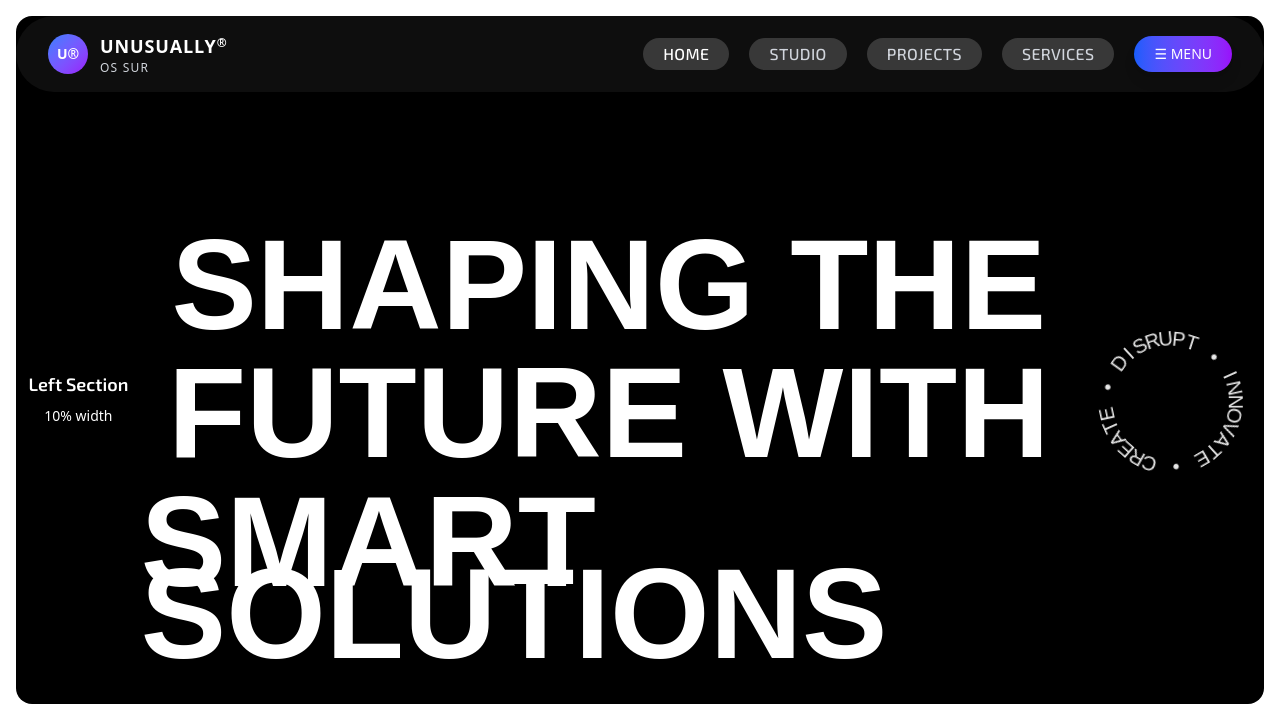
Repository: A-y-u-s-h-29/Digital-Express-India-With-Carrer-Page-And-RazorPay
Page: / (app in op/)
These files come from the project's save history. The page is drawn as it stood at one moment and after a run of saves; the edit follows.
The browser window is 1280 px wide. The pictures show the whole page.
Some web fonts or font styles are not loaded; a fallback is used. The project was rebuilt for these pictures with package versions that can differ from the ones it lists, and the page was loaded fresh each time. Also part of the build but not shown: op/vite.config.js.

Above is the page before, as saved 2025-12-04 15:28:19.

### op/index.html
<!doctype html>
<html lang="en">
  <head>
    <meta charset="UTF-8" />
    <link rel="icon" type="image/svg+xml" href="/vite.svg" />
    <meta name="viewport" content="width=device-width, initial-scale=1.0" />
    <link rel="preconnect" href="https://fonts.googleapis.com">
<link rel="preconnect" href="https://fonts.gstatic.com" crossorigin>
<link href="https://fonts.googleapis.com/css2?family=Alan+Sans:wght@300..900&family=Big+Shoulders:opsz,wght@10..72,100..900&family=Exo+2:ital,wght@0,100..900;1,100..900&family=Montserrat:ital,wght@0,100..900;1,100..900&family=Orbitron:wght@400..900&family=Poppins:ital,wght@0,100;0,200;0,300;0,400;0,500;0,600;0,700;0,800;0,900;1,100;1,200;1,300;1,400;1,500;1,600;1,700;1,800;1,900&family=Rajdhani:wght@300;400;500;600;700&display=swap" rel="stylesheet">
<link rel="preconnect" href="https://fonts.googleapis.com">
<link rel="preconnect" href="https://fonts.gstatic.com" crossorigin>
<link href="https://fonts.googleapis.com/css2?family=Alan+Sans:wght@300..900&family=Big+Shoulders:opsz,wght@10..72,100..900&family=Exo+2:ital,wght@0,100..900;1,100..900&family=Montserrat:ital,wght@0,100..900;1,100..900&family=Orbitron:wght@400..900&family=Poppins:ital,wght@0,100;0,200;0,300;0,400;0,500;0,600;0,700;0,800;0,900;1,100;1,200;1,300;1,400;1,500;1,600;1,700;1,800;1,900&family=Rajdhani:wght@300;400;500;600;700&display=swap" rel="stylesheet">
    <title>op</title>
  </head>
  <body>
    <div id="root"></div>
    <script type="module" src="/src/main.jsx"></script>
  </body>
</html>

### op/src/index.css
@import "tailwindcss";
*{
  box-sizing: border-box;
}
.big {
  font-family: "Big Shoulders", sans-serif;

  font-style: normal;
}
.exo {
  font-family: "Exo 2", sans-serif;

  font-style: normal;
}

### op/src/App.jsx
import React from 'react'
import Home from './components/Home'

function App() {
  return (
   <>
   <Home/>


   </>
  )
}

export default App

### op/src/components/Home.jsx
import React from "react";
import Navbar from "./Navbar";
import CircularText from "./CircularText";


function Home() {
  return (
    <div className="w-full max-h-screen lg:h-[120vh] lg:py-4 lg:px-4">
      <div className="rounded-b-4xl lg:rounded-2xl w-full h-full flex flex-col relative overflow-hidden bg-black">
        {/* Transparent Navbar */}
        <div className="relative z-20">
          <Navbar />
        </div>

        {/* Three Column Layout */}
        <div className="flex flex-1 relative z-10 text-white">
          {/* Left Column - 10% width */}
          <div className="w-[10%] flex items-center justify-center">
            <div className="text-white text-center">
              <p className="exo font-semibold text-lg">Left Section</p>
              <p className="text-sm mt-2">10% width</p>
            </div>
          </div>

          {/* Middle Column - 75% width */}
          <div className="w-[75%] flex flex-col justify-center items-center big">
            <div className="w-full h-full flex flex-col">
              {/* Top Row - 40% height */}
              <div className="h-[40%] flex items-end justify-center pb-4">
                <h1 className="text-5xl md:text-9xl leading-tight md:leading-[4.5rem] font-bold text-white drop-shadow-2xl">
                  SHAPING THE
                </h1>
              </div>

              {/* Middle Row - 30% height */}
              <div className="h-[25%] flex items-center justify-center">
                <h1 className="text-5xl md:text-9xl leading-tight lg:leading-[4.5rem] font-bold text-white drop-shadow-2xl">
                  FUTURE WITH
                </h1>
              </div>

              {/* Bottom Row - 30% height */}
              <div className="h-[35%] flex items-start justify-center pt-4">
                <h1 className="text-5xl md:text-9xl leading-tight lg:leading-[4.5rem] font-bold text-white drop-shadow-2xl">
                  SMART SOLUTIONS
                </h1>
              </div>
            </div>
          </div>

          {/* Right Column - 15% width */}
          <div className="w-[15%] flex flex-col justify-center  ">
            {/* Vertical Circular Text */}
            <div className="relative h-full  ">
              <CircularText
                text="INNOVATE • CREATE • DISRUPT • "
                spinDuration={30}
                onHover="speedUp"
                className="text-white/90  big font-light text-xs mt-55 "
              />



              {/* Scroll indicator */}

            </div>


          </div>
        </div>
      </div>
    </div>
  );
}

export default Home;

### op/src/components/Navbar.jsx
import React, { useState, useRef, useEffect } from 'react';
import { gsap } from 'gsap';

function Navbar({ isHomePage = false }) {
  const [isMenuOpen, setIsMenuOpen] = useState(false);
  const menuOverlayRef = useRef(null);
  const mobileMenuRef = useRef(null);

  // Menu items data for the menu overlay
  const menuOverlayItems = [
    { title: 'HOME', number: '01' },
    { title: 'ABOUT', number: '02' },
    { title: 'PROJECTS', number: '03' },
    { title: 'SERVICES', number: '04' },

  ];

  // Menu items for navbar links
  const navMenuItems = [
    { title: 'HOME', color: 'from-blue-500 to-cyan-400' },
    { title: 'STUDIO', color: 'from-purple-500 to-pink-500' },
    { title: 'PROJECTS', color: 'from-green-500 to-emerald-400' },
    { title: 'SERVICES', color: 'from-yellow-500 to-orange-500' },
    { title: 'ABOUT', color: 'from-red-500 to-rose-400' },
    { title: 'CONTACT', color: 'from-indigo-500 to-blue-400' },
  ];

  // Initialize menu as hidden
  useEffect(() => {
    if (menuOverlayRef.current) {
      menuOverlayRef.current.style.display = 'none';
    }
  }, []);

  const handleMenuClick = () => {
    const wasOpen = isMenuOpen;
    setIsMenuOpen(!wasOpen);

    if (!wasOpen) {
      // OPEN MENU ANIMATION - bottom-right से slide in
      if (menuOverlayRef.current) {
        menuOverlayRef.current.style.display = 'flex';

        // Get the menu container
        const menuContainer = menuOverlayRef.current.querySelector('.relative');

        if (menuContainer) {
          // Initial position - off screen bottom-right
          gsap.set(menuContainer, {
            x: '100%',
            y: '100%',
            opacity: 0,
            scale: 0.9,
            transformOrigin: 'bottom right'
          });

          // Animate to position
          gsap.to(menuContainer, {
            x: 0,
            y: 0,
            opacity: 1,
            scale: 1,
            duration: 0.8,
            ease: 'expo.out'
          });

          // Background fade in
          gsap.fromTo(menuOverlayRef.current,
            { opacity: 0 },
            { opacity: 1, duration: 0.4 }
          );

          // Menu items animation (from bottom)
          const menuItems = menuContainer.querySelectorAll('.menu-item');
          gsap.fromTo(menuItems,
            {
              opacity: 0,
              y: 40
            },
            {
              opacity: 1,
              y: 0,
              duration: 0.6,
              stagger: 0.1,
              delay: 0.3,
              ease: 'power3.out'
            }
          );

          // Close button animation
          const closeBtn = menuContainer.querySelector('.close-btn');
          if (closeBtn) {
            gsap.fromTo(closeBtn,
              { opacity: 0, rotation: -45 },
              { opacity: 1, rotation: 0, duration: 0.5, delay: 0.8 }
            );
          }
        }
      }

      // Mobile menu animation
      if (mobileMenuRef.current) {
        gsap.fromTo(
          mobileMenuRef.current,
          { height: 0, opacity: 0 },
          { height: 'auto', opacity: 1, duration: 0.4 }
        );
      }
    } else {
      // CLOSE MENU ANIMATION - bottom-right को slide out
      if (menuOverlayRef.current) {
        const menuContainer = menuOverlayRef.current.querySelector('.relative');

        if (menuContainer) {
          // Menu items exit
          const menuItems = menuContainer.querySelectorAll('.menu-item');
          gsap.to(menuItems,
            {
              opacity: 0,
              y: 20,
              duration: 0.3,
              stagger: 0.05,
              ease: 'power2.in'
            }
          );

          // Close button exit
          const closeBtn = menuContainer.querySelector('.close-btn');
          if (closeBtn) {
            gsap.to(closeBtn, {
              opacity: 0,
              rotation: 45,
              duration: 0.3
            });
          }

          // Menu container slide out to bottom-right
          gsap.to(menuContainer, {
            x: '100%',
            y: '100%',
            opacity: 0,
            scale: 0.9,
            duration: 0.6,
            ease: 'expo.in',
            onComplete: () => {
              if (menuOverlayRef.current) {
                menuOverlayRef.current.style.display = 'none';
              }
            }
          });

          // Background fade out
          gsap.to(menuOverlayRef.current, {
            opacity: 0,
            duration: 0.4
          });
        }
      }

      // Mobile menu exit animation
      if (mobileMenuRef.current) {
        gsap.to(mobileMenuRef.current, {
          height: 0,
          opacity: 0,
          duration: 0.3
        });
      }
    }
  };

  return (
    <>
      {/* Main Navbar */}
      <nav
        className={`w-full px-6 py-4 lg:px-8 lg:py-4 ${isHomePage ? 'bg-transparent' : 'bg-[#0E0E0E]'} rounded-full relative z-50`}
      >
        <div className="flex items-center justify-between">
          {/* Logo/Brand Section */}
          <div className="flex items-center">
            <div className="w-10 h-10 rounded-full bg-gradient-to-br from-blue-500 to-purple-600 flex items-center justify-center mr-3">
              <span className="text-white font-bold text-sm">U®</span>
            </div>
            <div className="flex flex-col">
              <span className="text-white font-bold text-lg tracking-wider">UNUSUALLY<sup className="text-xs">®</sup></span>
              <span className="text-gray-300 text-xs tracking-widest">OS SUR</span>
            </div>
          </div>

          <div className='flex items-center gap-5'>
            {/* Desktop Navigation Links */}
            <div className="hidden md:flex items-center space-x-5 exo text-md">
              {navMenuItems.slice(0, 4).map((item, index) => (
                <a
                  key={index}
                  href="#"
                  className={`text-gray-300 font-medium tracking-wide hover:text-white transition-colors duration-300 bg-[#383838] px-5 py-1 rounded-full ${item.title === 'HOME' ? 'text-white' : ''}`}
                >
                  {item.title}
                </a>
              ))}
            </div>

            {/* Menu Button */}
            <button
              onClick={handleMenuClick}
              className="px-5 py-2 bg-gradient-to-r from-blue-600 to-purple-600 text-white text-sm font-medium rounded-full hover:from-blue-700 hover:to-purple-700 transition-all duration-300 shadow-lg hover:shadow-xl relative z-50"
            >
              {isMenuOpen ? '✕ CLOSE' : '☰ MENU'}
            </button>

            {/* Mobile Menu Button (Hamburger) */}
            <button
              onClick={handleMenuClick}
              className="ml-4 md:hidden relative z-50"
            >
              <div className={`w-6 h-0.5 bg-white mb-1.5 transition-all duration-300 ${isMenuOpen ? 'rotate-45 translate-y-2' : ''}`}></div>
              <div className={`w-6 h-0.5 bg-white mb-1.5 transition-all duration-300 ${isMenuOpen ? 'opacity-0' : ''}`}></div>
              <div className={`w-6 h-0.5 bg-white transition-all duration-300 ${isMenuOpen ? '-rotate-45 -translate-y-2' : ''}`}></div>
            </button>
          </div>
        </div>

        {/* Mobile Menu Dropdown */}
        <div
          ref={mobileMenuRef}
          className="md:hidden mt-4 pt-4 border-t border-gray-800 overflow-hidden"
          style={{ height: '0px' }}
        >
          <div className="flex flex-col space-y-4">
            {navMenuItems.map((item, index) => (
              <a
                key={index}
                href="#"
                className={`text-gray-300 font-medium py-2 hover:text-white transition-colors ${item.title === 'HOME' ? 'text-white' : ''}`}
              >
                {item.title}
              </a>
            ))}
          </div>
        </div>
      </nav>

      {/* Fullscreen Menu Overlay */}
      <div
        ref={menuOverlayRef}
        className="fixed inset-0  z-40 hidden items-end justify-end px-4 rounded-2xl "
      >
        {/* Menu Container - Image के according simple design */}
        <div
          className="relative h-[70vh] w-[45vw] bg-white  rounded-4xl overflow-hidden shadow-2xl transform-gpu "
          style={{
            transformOrigin: 'bottom right'
          }}
        >
          {/* Simple Header with Brand */}
          <div className="absolute top-8 left-8">
            <div className="flex items-center space-x-3">

              <div>

              </div>
            </div>
          </div>



          {/* Main Content Area - Center aligned like image */}
          <div className="h-full flex flex-col justify-center items-center px-12 ">
            {/* Menu Items - Single Column, Large text like image */}
            <div className="w-full  space-y-2">
              {menuOverlayItems.map((item, index) => (
                <a
                  key={index}
                  href="#"
                  className="menu-item group relative block w-full"
                >
                  <div className="flex items-center justify-between">
                    {/* Title - Left side */}
                    <div className="relative overflow-hidden p-0.5">
                      <h3 className="text-black font-extrabold text-5xl lg:text-7xl  exo tracking-tight opacity-90  group-hover:opacity-100 transition-all duration-500">
                        {item.title}
                      </h3>
                      {/* Underline animation */}

                    </div>

                    {/* Number in parentheses - Right side */}
                    <div className="text-gray-500 text-3xl lg:text-4xl font-light group-hover:text-white transition-colors duration-500">
                      ({item.number})
                    </div>
                  </div>
                </a>
              ))}
            </div>


          </div>


        </div>
      </div>
    </>
  );
}

export default Navbar;

### op/src/components/CircularText.jsx
import React, { useEffect } from 'react';
import { motion, useAnimation, useMotionValue } from 'framer-motion';

const CircularText = ({
  text = 'Circular Text Animation • ',
  spinDuration = 20,
  onHover = 'speedUp',
  className = '',
}) => {
  const letters = Array.from(text);
  const controls = useAnimation();
  const rotation = useMotionValue(0);

  const getRotationTransition = (duration, from, loop = true) => ({
    from,
    to: from + 360,
    ease: 'linear',
    duration,
    type: 'tween',
    repeat: loop ? Infinity : 0,
  });

  const getTransition = (duration, from) => ({
    rotate: getRotationTransition(duration, from),
    scale: {
      type: 'spring',
      damping: 20,
      stiffness: 300,
    },
  });

  useEffect(() => {
    const start = rotation.get();
    controls.start({
      rotate: start + 360,
      scale: 1,
      transition: getTransition(spinDuration, start),
    });
  }, [spinDuration, text, onHover, controls, rotation]);

  const handleHoverStart = () => {
    const start = rotation.get();

    if (!onHover) return;

    let transitionConfig;
    let scaleVal = 1;

    switch (onHover) {
      case 'slowDown':
        transitionConfig = getTransition(spinDuration * 2, start);
        break;
      case 'speedUp':
        transitionConfig = getTransition(spinDuration / 4, start);
        break;
      case 'pause':
        transitionConfig = {
          rotate: { type: 'spring', damping: 20, stiffness: 300 },
          scale: { type: 'spring', damping: 20, stiffness: 300 },
        };
        break;
      case 'goBonkers':
        transitionConfig = getTransition(spinDuration / 20, start);
        scaleVal = 0.8;
        break;
      default:
        transitionConfig = getTransition(spinDuration, start);
    }

    controls.start({
      rotate: start + 360,
      scale: scaleVal,
      transition: transitionConfig,
    });
  };

  const handleHoverEnd = () => {
    const start = rotation.get();
    controls.start({
      rotate: start + 360,
      scale: 1,
      transition: getTransition(spinDuration, start),
    });
  };

  return (
    <div className="flex min-h-[400px] items-center justify-center rounded-lg">
      <motion.div
        className={`relative m-0 mx-auto h-[160px] w-[160px] origin-center cursor-pointer rounded-full text-center font-black text-white ${className}`}
        style={{ rotate: rotation }}
        initial={{ rotate: 0 }}
        animate={controls}
        onMouseEnter={handleHoverStart}
        onMouseLeave={handleHoverEnd}
      >
        {letters.map((letter, i) => {
          const rotationDeg = (360 / letters.length) * i;
          const factor = Math.PI / letters.length;
          const x = factor * i;
          const y = factor * i;
          const transform = `rotateZ(${rotationDeg}deg) translate3d(${x}px, ${y}px, 0)`;

          return (
            <span
              key={i}
              className="absolute  inset-0 inline-block text-xl transition-all duration-500 ease-out"
              style={{
                transform: transform,
                WebkitTransform: transform
              }}
            >
              {letter}
            </span>
          );
        })}
      </motion.div>
    </div>
  );
};

export default CircularText;

Loaded but not shown: op/src/main.jsx (common file)

After the next 2 saves:
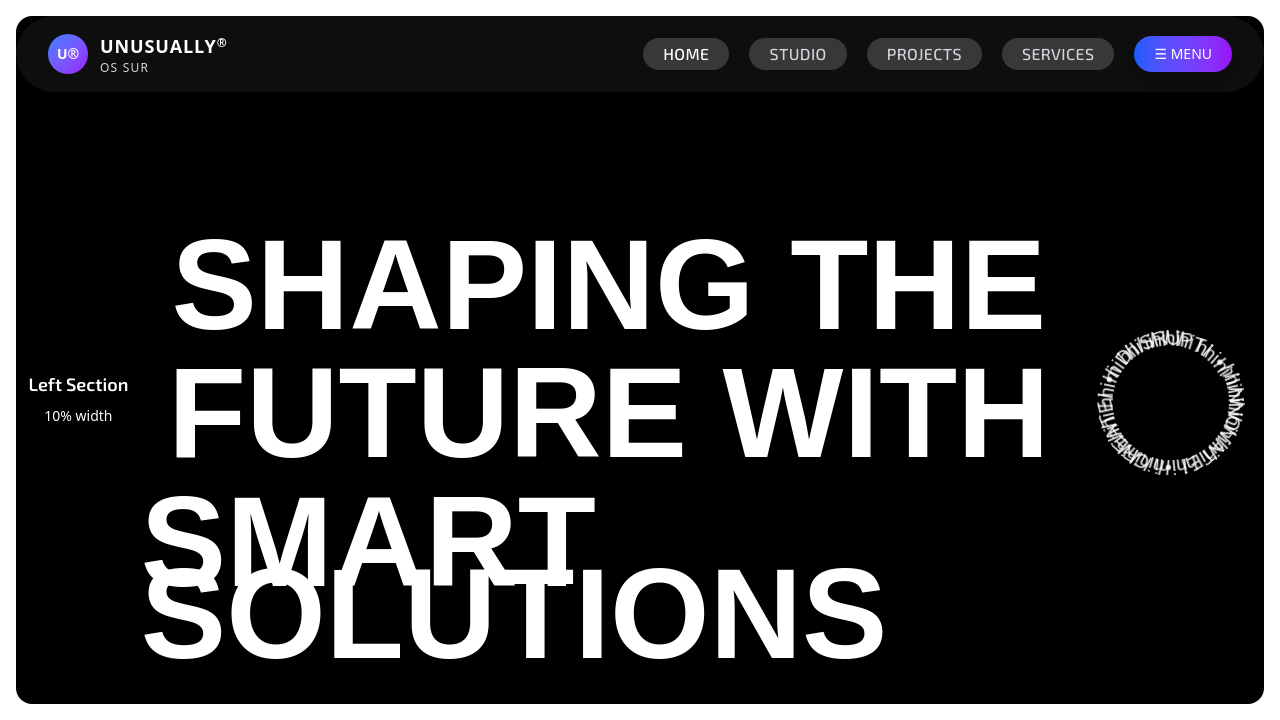
The 2 saves are shown as one change because they came seconds apart.
The last was saved 18 s later.
--- a/op/src/components/CircularText.jsx
+++ b/op/src/components/CircularText.jsx
@@ -109,6 +109,7 @@
                 WebkitTransform: transform
               }}
             >
+              hi
               {letter}
             </span>
           );

After the save that followed:
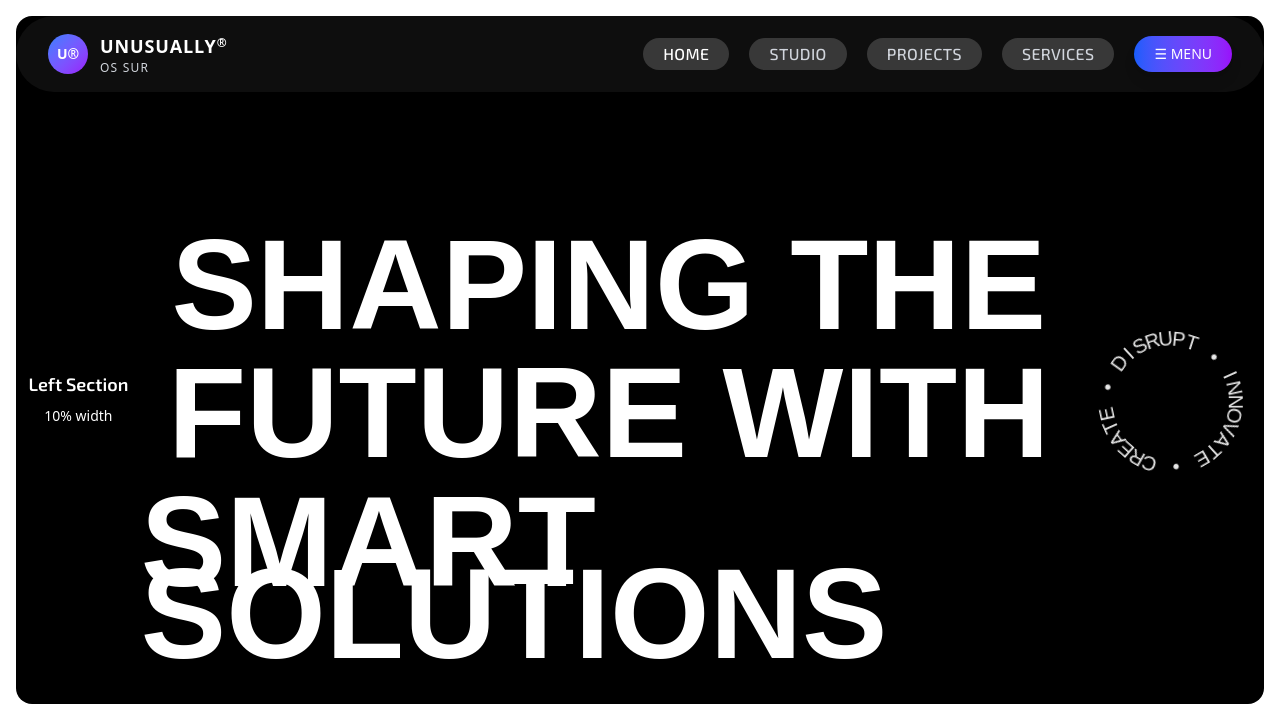
Saved 4 s later.
--- a/op/src/components/CircularText.jsx
+++ b/op/src/components/CircularText.jsx
@@ -109,7 +109,7 @@
                 WebkitTransform: transform
               }}
             >
-              hi
+
               {letter}
             </span>
           );
